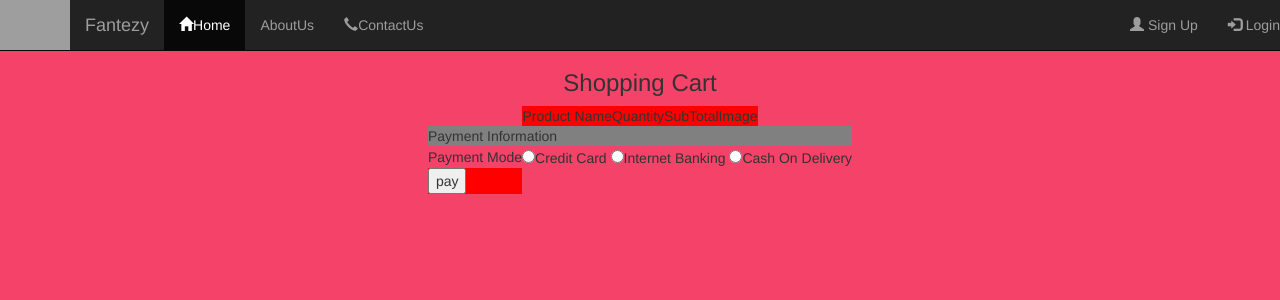
Repository: Safna93/eCommerce-project
Page: http://localhost/FantezyFrontendProject/WEB-INF/views/OrderConfirm.jsp
The author's editor kept a copy of each file at every save. The page is drawn from the files as they stood at one save, then again after the next save.
The browser window is 1280 px wide. The pictures show the whole page.
Pictures or frames that could not be fetched are drawn as grey boxes. Some web libraries are served in a nearby version. The page is served by Tomcat 9. Nobody is signed in. The template is opened directly, without the code that normally fills it, so the values that code supplies are empty.

Above is the page before, as saved 2017-07-11 17:36:52.

After the next save:
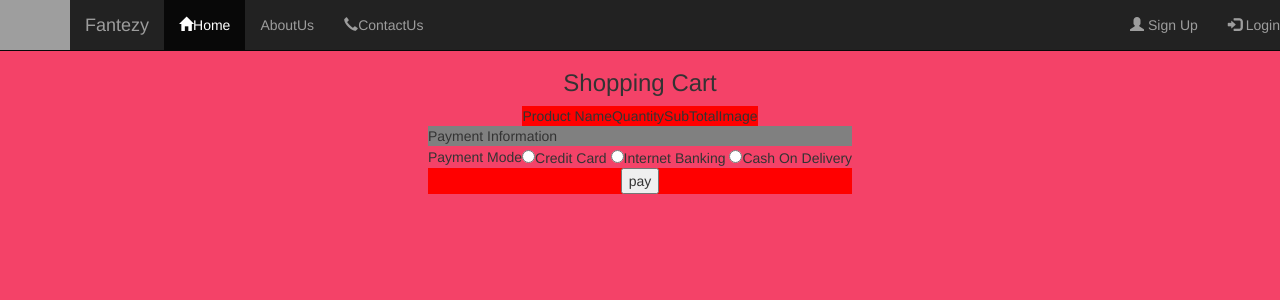
Saved 35 s later.
--- a/Fantezy Project 1/Fantezy/FantezyFrontendProject/src/main/webapp/WEB-INF/views/OrderConfirm.jsp
+++ b/Fantezy Project 1/Fantezy/FantezyFrontendProject/src/main/webapp/WEB-INF/views/OrderConfirm.jsp
@@ -44,7 +44,7 @@
 </td>
 </tr>
 <tr bgcolor="red">
-<td colspan="1"><input type="submit" value="pay" /></td>
+<td colspan="2"><center><input type="submit" value="pay" /></center></td>
 </tr>
 
 
